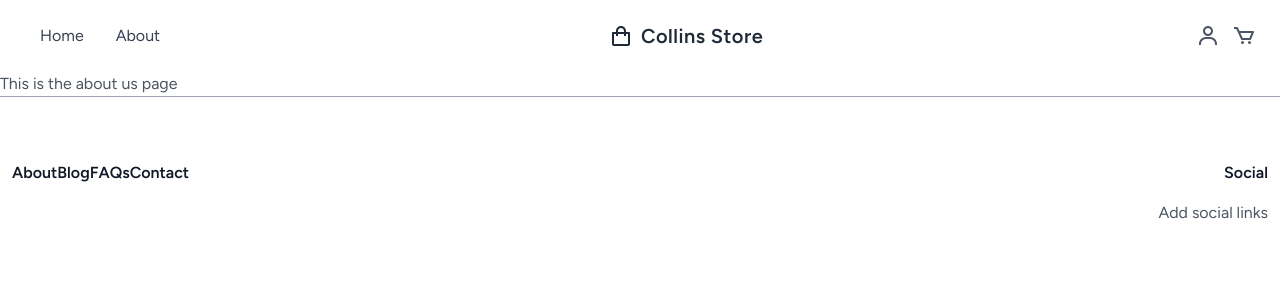
Repository: Collins145/e-commerce-website
Page: http://localhost/about
These files come from the project's save history. The page is drawn as it stood at one moment and after the next save; the edit follows.
The browser window is 1280 px wide. The pictures show the whole page.
The page is served by the project's Laravel application, run on PHP 8.4 with Laravel 10. Other server files are loaded and not shown. Style sheets and scripts are compiled from the project's sources, by tool versions that may differ from the author's.

Above is the page before, as saved 2023-06-17 14:07:38.

### routes/web.php
<?php

use App\Http\Controllers\ProfileController;
use Illuminate\Support\Facades\Route;
use App\Http\Controllers\SiteController;

/*
|--------------------------------------------------------------------------
| Web Routes
|--------------------------------------------------------------------------
|
| Here is where you can register web routes for your application. These
| routes are loaded by the RouteServiceProvider and all of them will
| be assigned to the "web" middleware group. Make something great!
|
*/

Route::get('/', [SiteController::class, 'index'])->name('home');
Route::get('about', [SiteController::class, 'about'])->name('about');
Route::get('footer', [SiteController::class, 'footer'])->name('footer');

Route::get('/dashboard', function () {
    return view('dashboard');
})->middleware(['auth', 'verified'])->name('dashboard');

Route::middleware('auth')->group(function () {
    Route::get('/profile', [ProfileController::class, 'edit'])->name('profile.edit');
    Route::patch('/profile', [ProfileController::class, 'update'])->name('profile.update');
    Route::delete('/profile', [ProfileController::class, 'destroy'])->name('profile.destroy');
});

require __DIR__.'/auth.php';

### app/Http/Controllers/SiteController.php
<?php

namespace App\Http\Controllers;

use Illuminate\Http\Request;

class SiteController extends Controller
{
    public function index() {
        return view('site.home');
    }

    public function about() {
        return view('site.about');
    }
    public function footer() {
        return view('site.footer');
    }
}

### resources/views/site/about.blade.php
@extends('layouts.site')
@section('content')
This is the about us page
@endsection

### resources/views/layouts/site.blade.php
<!DOCTYPE html>
<html lang="{{ str_replace('_', '-', app()->getLocale()) }}">
    <head>
        <meta charset="utf-8">
        <meta name="viewport" content="width=device-width, initial-scale=1">
        <meta name="csrf-token" content="{{ csrf_token() }}">

        <title>{{ config('app.name', 'Laravel') }}</title>

        <!-- Fonts -->
        <link rel="preconnect" href="https://fonts.bunny.net">
        <link href="https://fonts.bunny.net/css?family=figtree:400,500,600&display=swap" rel="stylesheet" />

        <!-- Scripts -->
        @vite(['resources/css/app.css', 'resources/js/app.js'])
    </head>
    <body class="bg-white text-gray-600 font-sans leading-normal text-base tracking-normal">
        <x-site.header/>
        @yield('content')
        <x-site.footer/>
    </body>
</html>

### resources/views/components/site/header.blade.php
    <nav id="header" class="w-full z-30 top-0 py-1">
        <div class="w-full container mx-auto flex flex-wrap items-center justify-between mt-0 px-6 py-3">

            <label for="menu-toggle" class="cursor-pointer md:hidden block">
                <svg class="fill-current text-gray-900" xmlns="http://www.w3.org/2000/svg" width="20" height="20" viewBox="0 0 20 20">
                    <title>menu</title>
                    <path d="M0 3h20v2H0V3zm0 6h20v2H0V9zm0 6h20v2H0v-2z"></path>
                </svg>
            </label>
            <input class="hidden" type="checkbox" id="menu-toggle" />

            <div class="hidden md:flex md:items-center md:w-auto w-full order-3 md:order-1" id="menu">
                <nav>
                    <ul class="md:flex items-center justify-between text-base text-gray-700 pt-4 md:pt-0">
                        <li><a class="inline-block no-underline hover:text-black hover:underline py-2 px-4" href="{{route('home')}}">Home</a></li>
                        <li><a class="inline-block no-underline hover:text-black hover:underline py-2 px-4" href="{{route('about')}}">About</a></li>
                    </ul>
                </nav>
            </div>

            <div class="order-1 md:order-2">
                <a class="flex items-center tracking-wide no-underline hover:no-underline font-bold text-gray-800 text-xl " href="{{route('home')}}">
                    <svg class="fill-current text-gray-800 mr-2" xmlns="http://www.w3.org/2000/svg" width="24" height="24" viewBox="0 0 24 24">
                        <path d="M5,22h14c1.103,0,2-0.897,2-2V9c0-0.553-0.447-1-1-1h-3V7c0-2.757-2.243-5-5-5S7,4.243,7,7v1H4C3.447,8,3,8.447,3,9v11 C3,21.103,3.897,22,5,22z M9,7c0-1.654,1.346-3,3-3s3,1.346,3,3v1H9V7z M5,10h2v2h2v-2h6v2h2v-2h2l0.002,10H5V10z" />
                    </svg>
                    Collins Store
                </a>
            </div>

            <div class="order-2 md:order-3 flex items-center" id="nav-content">

                <a class="inline-block no-underline hover:text-black" href="#">
                    <svg class="fill-current hover:text-black" xmlns="http://www.w3.org/2000/svg" width="24" height="24" viewBox="0 0 24 24">
                        <circle fill="none" cx="12" cy="7" r="3" />
                        <path d="M12 2C9.243 2 7 4.243 7 7s2.243 5 5 5 5-2.243 5-5S14.757 2 12 2zM12 10c-1.654 0-3-1.346-3-3s1.346-3 3-3 3 1.346 3 3S13.654 10 12 10zM21 21v-1c0-3.859-3.141-7-7-7h-4c-3.86 0-7 3.141-7 7v1h2v-1c0-2.757 2.243-5 5-5h4c2.757 0 5 2.243 5 5v1H21z" />
                    </svg>
                </a>

                <a class="pl-3 inline-block no-underline hover:text-black" href="#">
                    <svg class="fill-current hover:text-black" xmlns="http://www.w3.org/2000/svg" width="24" height="24" viewBox="0 0 24 24">
                        <path d="M21,7H7.462L5.91,3.586C5.748,3.229,5.392,3,5,3H2v2h2.356L9.09,15.414C9.252,15.771,9.608,16,10,16h8 c0.4,0,0.762-0.238,0.919-0.606l3-7c0.133-0.309,0.101-0.663-0.084-0.944C21.649,7.169,21.336,7,21,7z M17.341,14h-6.697L8.371,9 h11.112L17.341,14z" />
                        <circle cx="10.5" cy="18.5" r="1.5" />
                        <circle cx="17.5" cy="18.5" r="1.5" />
                    </svg>
                </a>

            </div>
        </div>
    </nav>

### resources/views/components/site/footer.blade.php
    <footer class="container mx-auto bg-lt-color-gray-600 py-8 border-t border-gray-400">
        <div class="container flex px-3 py-8 ">
            <div class="w-full mx-auto flex flex-wrap">
                <div class="flex w-full lg:w-1/2 ">
                    <div class="flex px-3 md:px-0">
                        <h3 class="font-bold text-gray-900">About</h3>
                        <h3 class="font-bold text-gray-900">Blog</h3>
                        <h3 class="font-bold text-gray-900">FAQs</h3>
                        <h3 class="font-bold text-gray-900">Contact</h3>
                    </div>
                </div>
                <div class="flex w-full lg:w-1/2 lg:justify-end lg:text-right">
                    <div class="px-3 md:px-0">
                        <h3 class="font-bold text-gray-900">Social</h3>
                        <ul class="list-reset items-center pt-3">
                            <li>
                                <a class="inline-block no-underline hover:text-black hover:underline py-1" href="#">Add social links</a>
                            </li>
                        </ul>
                    </div>
                </div>
            </div>
        </div>
    </footer>

Loaded but not shown: routes/auth.php (common file); app/Http/Controllers/Auth/EmailVerificationPromptController.php (common file); app/Http/Controllers/Controller.php (common file); app/Http/Controllers/Auth/VerifyEmailController.php (common file); resources/css/app.css (common file); tailwind.config.js (common file); resources/js/app.js (common file); resources/js/bootstrap.js (common file)

After the next save:
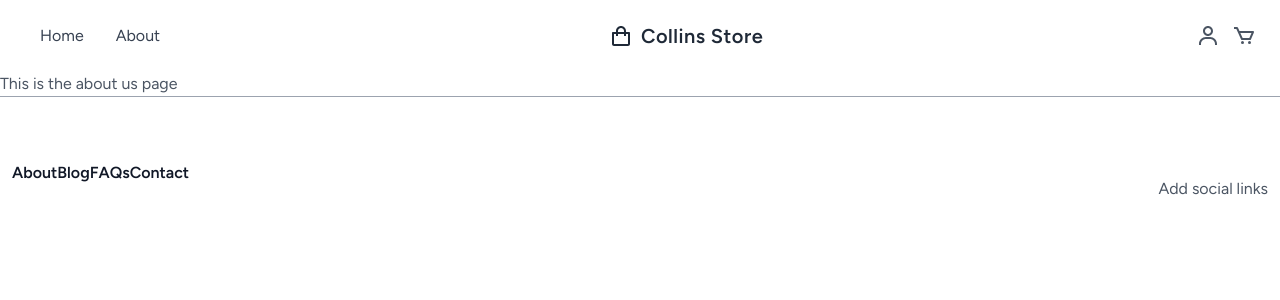
Saved 99 s later.
--- a/resources/views/components/site/footer.blade.php
+++ b/resources/views/components/site/footer.blade.php
@@ -2,7 +2,7 @@
         <div class="container flex px-3 py-8 ">
             <div class="w-full mx-auto flex flex-wrap">
                 <div class="flex w-full lg:w-1/2 ">
-                    <div class="flex px-3 md:px-0">
+                    <div class="flex justify-between px-3 md:px-0">
                         <h3 class="font-bold text-gray-900">About</h3>
                         <h3 class="font-bold text-gray-900">Blog</h3>
                         <h3 class="font-bold text-gray-900">FAQs</h3>
@@ -11,7 +11,6 @@
                 </div>
                 <div class="flex w-full lg:w-1/2 lg:justify-end lg:text-right">
                     <div class="px-3 md:px-0">
-                        <h3 class="font-bold text-gray-900">Social</h3>
                         <ul class="list-reset items-center pt-3">
                             <li>
                                 <a class="inline-block no-underline hover:text-black hover:underline py-1" href="#">Add social links</a>
